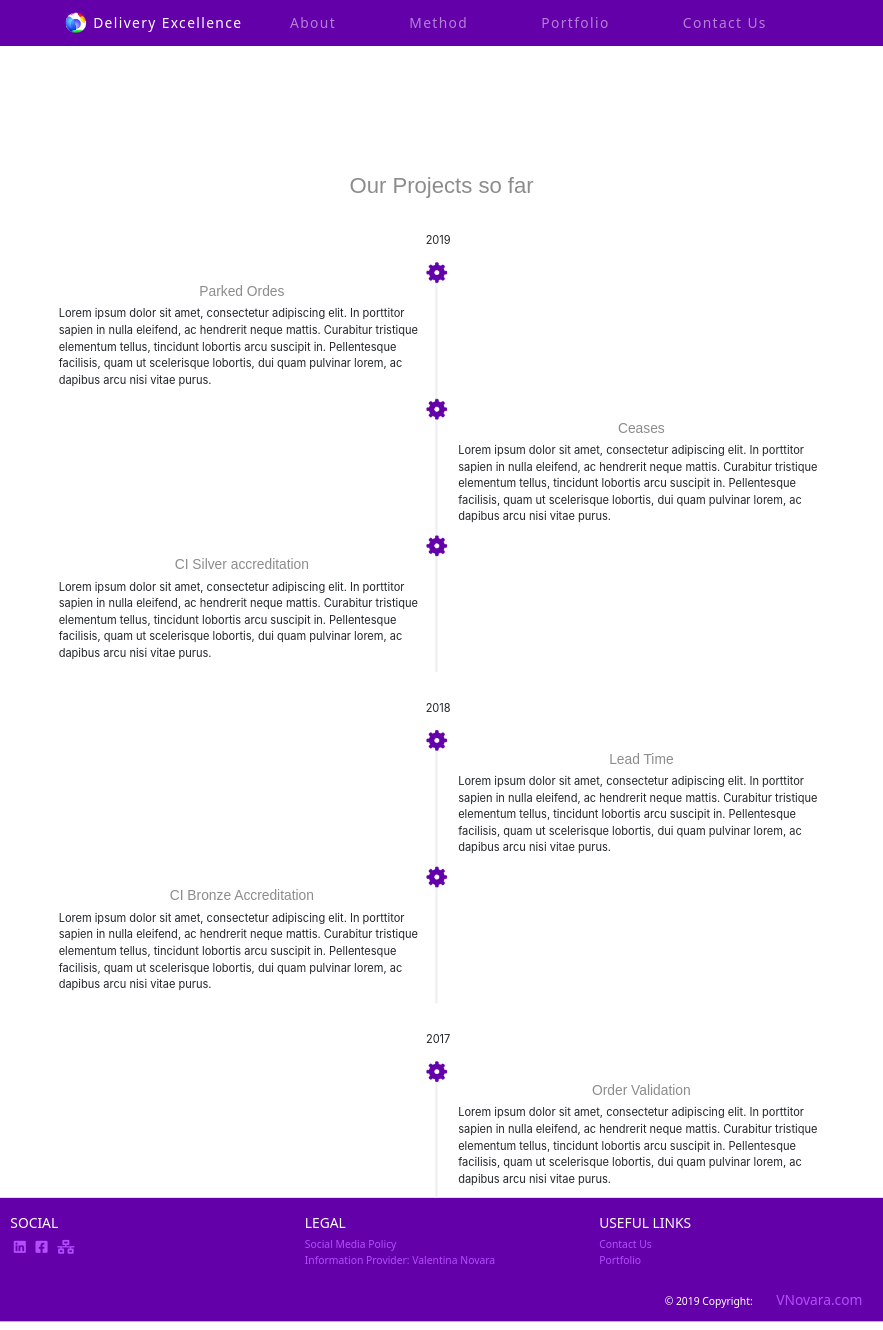
Repository: valenovi76/DeliveryExcellence
Page: portfolio.html
The author's editor kept a record of every edit. The page is drawn from the files as they stood at one moment, then again after the next edit.
The browser window is 1280 px wide. The pictures show the whole page, at 69% of full size.
Some web libraries are served in a nearby version.

Above is the page before.
Console error (its wording comes from the project's code and is left out).

After the next edit:
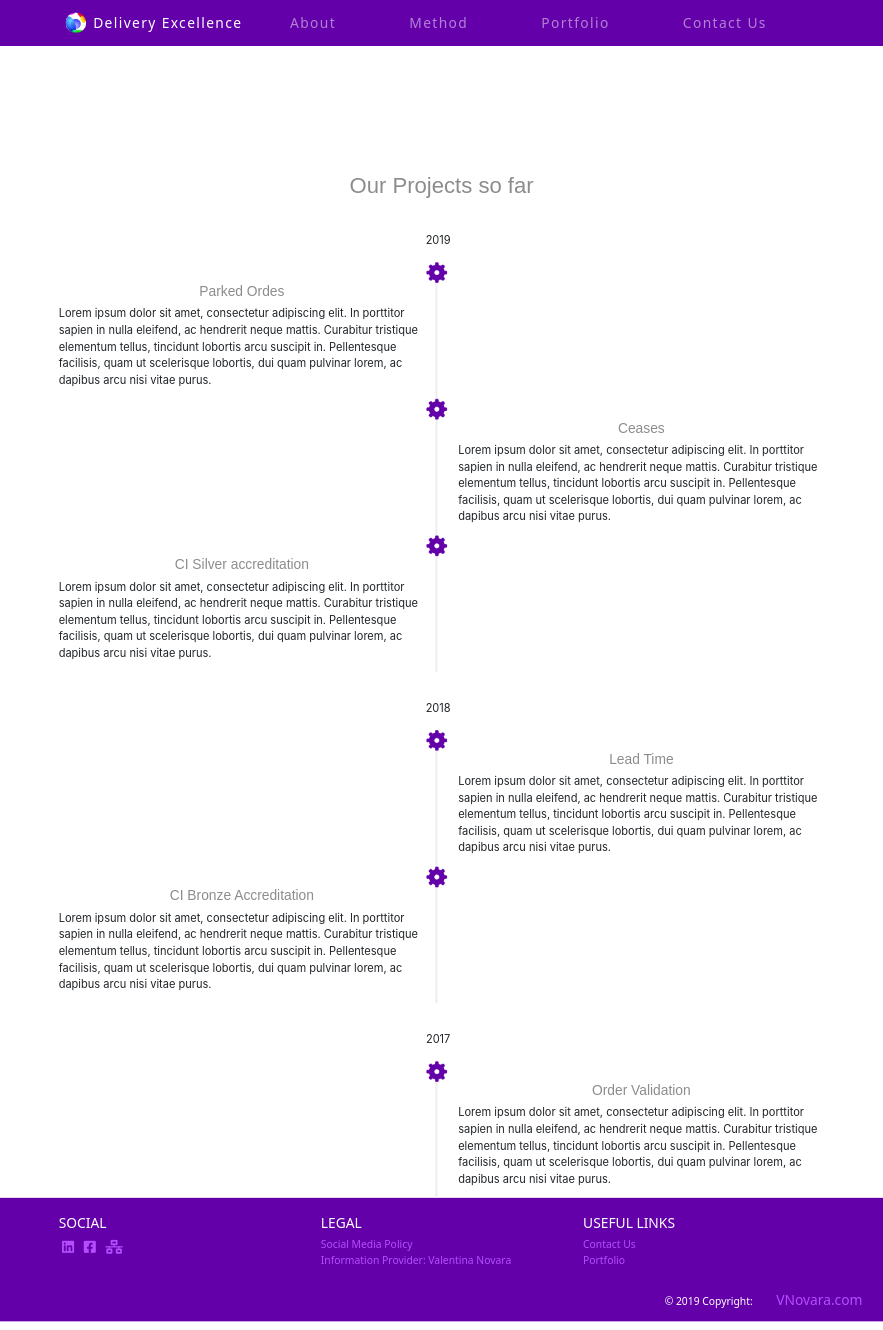
The edit:
--- a/portfolio.html
+++ b/portfolio.html
@@ -157,7 +157,7 @@
 </div>
       <!-- Bootstrap Footer -->
       <footer class="page-footer font-small  pt-4">
-         <div class="container-fluid text-center text-md-left">
+         <div class="container text-center text-md-left">
             <div class="row">
                <div class="col-sm">
                   <h5 class="text-uppercase">Social</h5>
@@ -200,6 +200,7 @@
             <a href="https://mdbootstrap.com/education/bootstrap/"> VNovara.com</a>
          </div>
       </footer>
+
 <!-- Bootstrap core JavaScript
     ================================================== -->
     <!-- Placed at the end of the document so the pages load faster -->
